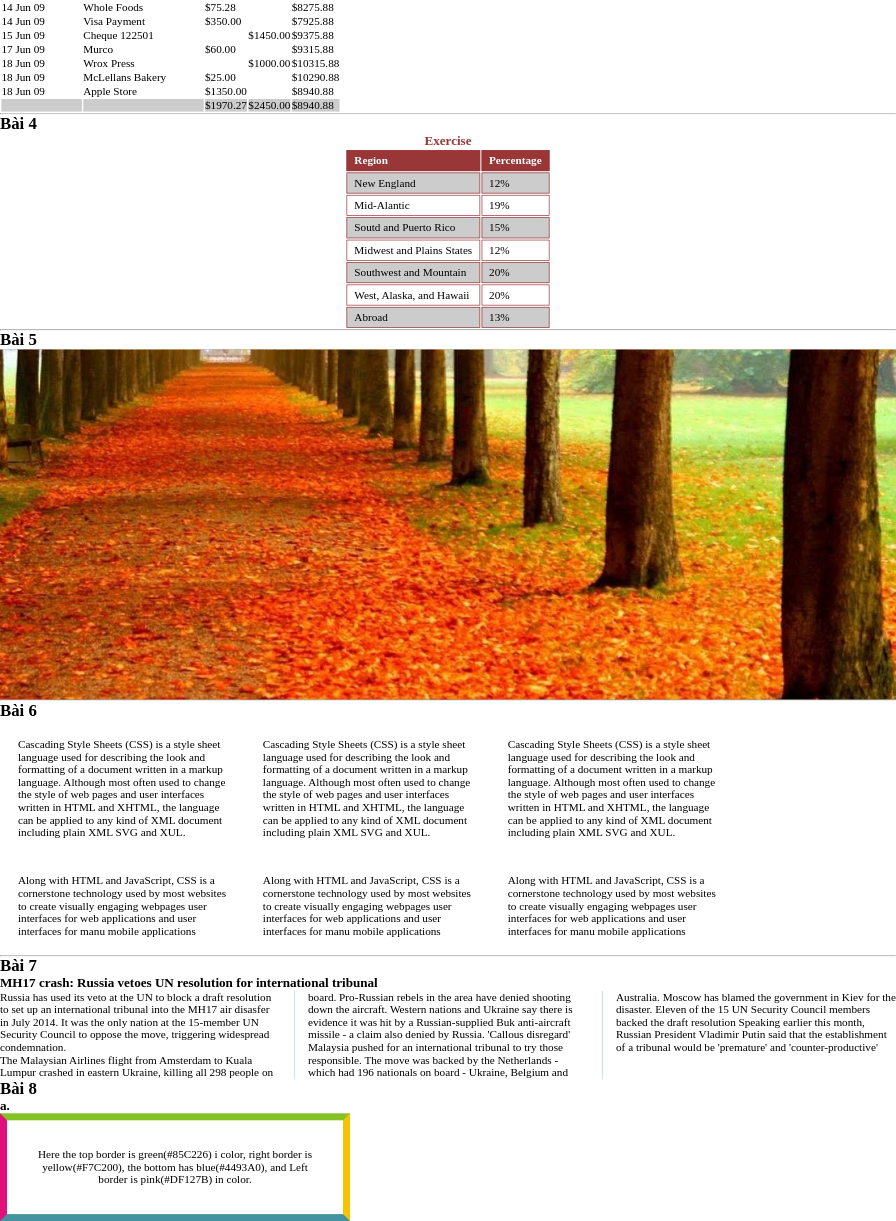
Repository: hoangnguyen1903/STT_21084321_NguyenHuyHoang_DHKHMT17B
Page: html/index.html
These files come from the project's save history. The page is drawn as it stood at one moment and after the next save; the edit follows.
The browser window is 1280 px wide. The pictures show the part of the page from y = 959 to 2879 px (the page is 2703 px tall before and 2879 px after), at 70% of full size.

Above is the page before, as saved 2023-03-03 14:40:25.

### html/index.html
<!DOCTYPE html>
<html lang="en">
  <head>
    <meta charset="UTF-8" />
    <meta http-equiv="X-UA-Compatible" content="IE=edge" />
    <meta name="viewport" content="width=device-width, initial-scale=1.0" />
    <title>CSS</title>

    <style>
      * {
        box-sizing: border-box;
        padding: 0;
        margin: 0;
      }
      #bai4 > table {
        font-family: "Trebuchet MS, Arial, Helvetica, sans-serif";
        margin: 0 auto;
      }

      #bai4 > h3 {
        color: #993738;
        text-align: center;
      }

      #bai4 > table > thead {
        color: #fff;
        background-color: #993738;
        text-align: left;
      }

      #bai4 > table > tbody > tr:nth-child(odd) {
        color: black;
        background-color: #ccc;
        text-align: left;
      }
      #bai4 > table > tbody > tr:nth-child(even) {
        color: black;
        text-align: left;
      }

      #bai4 > table > thead > tr > th,
      #bai4 > table > tbody > tr > td {
        border: 1px solid #993738;
        padding: 5px 10px;
      }

      #bai5 {
        width: 100%;
        height: 500px;
        background-image: url("../img/bg-1.jpg"), url("../img//bg-2.jpg");
        background-position: right bottom, left top;
        background-repeat: no-repeat, repeat;
      }

      #bai6,
      .row {
        width: 100%;
      }

      #bai6 > .row::before,
      #bai6 > .row::after {
        display: table;
        content: "";
      }

      #bai6 > .row::after {
        clear: both;
      }

      #bai6 > .row > .col1,
      #bai6 > .row > .col2,
      #bai6 > .row > .col3 {
        float: left;
        width: 25.3333%;
        margin: 1%;
        padding: 1%;
      }

      #bai7 > .newspaper {
        -webkit-column-count: 3;
        -moz-column-count: 3;
        column-count: 3;
        -webkit-column-gap: 40px;
        -moz-column-gap: 40px;
        column-gap: 40px;
        -webkit-column-rule-style: solid;
        -moz-column-rule-style: solid;
        column-rule-style: solid;
        -webkit-column-rule-width: 1px;
        -moz-column-rule-width: 1px;
        column-rule-width: 1px;
        -webkit-column-rule-color: lightblue;
        -moz-column-rule-color: lightblue;
        column-rule-color: lightblue;
      }

      #bai8 > .bai8a {
        width: 500px;
        padding: 40px;
        text-align: center;
        border-width: 10px;
        border-style: solid;
        border-color: #85c226 #f7c200 #4493a0 #df127b;
      }
    </style>
  </head>
  <body>
    <h2><b>Bài 2</b></h2>
    <div id="bai2">
      <p><i>a)</i></p>
      <div
        id="container"
        style="width: 500px; height: 300px; background-color: gray"
      >
        <h1>A simple div element.</h1>
      </div>
      <p style="text-indent: 1cm; color: red; text-align: justify">
        Thiết lập chế độ độ thụt đầu dòng cho 1 đoạn văn bản. Thuộc tính này có
        thể gán giá trị là tỉ lệ % hoặc một số cụ thể. Thiết lập chế độ độ thụt
        đầu dòng cho 1 đoạn văn bản. Thuộc tính này có thể gán giá trị là tỉ lệ
        % hoặc một số cụ thể.
      </p>
      <p style="text-align: right; color: blue">
        Thuộc tính text-align:right dùng để canh lề phải đoạn văn bản.
      </p>
      <p style="text-align: center; color: green">
        Thuộc tính text-align:center; dùng để canh giữa lề đoạn văn bản.
      </p>
      <p style="text-align: left; color: brown">
        Thuộc tính text-align:left; dùng để canh lề trái đoạn văn bản.
      </p>
      <p style="text-decoration: underline; color: pink">
        Thuộc tính text-decoration: underline; sẽ gạch dưới đoạn văn bản.
      </p>
      <p style="text-decoration: line-through; color: purple">
        Thuộc tính text-decoration: line-through; sẽ gạch ngang đoạn văn bản.
      </p>
      <p style="text-decoration: overline; color: red">
        Thuộc tính text-decoration: overline; sẽ gạch trên đoạn văn bản.
      </p>
      <p
        style="
          text-decoration: blink;
          text-align: justify;
          color: blue;
          text-shadow: 4px 4px 8px blue;
        "
      >
        Thuộc tính text-decoration: blink; sẽ tạo hiệu ứng blink cho đoạn văn
        bản + thuộc tính text-shadow: 4px 4px 8px blue; tạo bóng cho chữ.
      </p>
      <p><i>b)</i></p>
      <div>
        <span
          style="
            color: black;
            font-weight: bold;
            text-shadow: 1px -1px 2px rgba(238, 12, 106, 0.986);
          "
          >Colorful Style</span
        >
        <span
          style="
            color: #70085f;
            background: #f1c0db;
            padding: 5px 10px;
            font-weight: bold;
            text-shadow: #eb0bc5 1px 1px 0;
          "
          >Inset Effect</span
        >
        <span style="text-shadow: 0px -5px 0 #eb0bc5; font-weight: bold"
          >Double Font</span
        >
      </div>
      <div style="margin-top: 20px">
        <span
          style="
            color: rgb(175, 175, 48);
            text-shadow: 4px 2px 2px #fff;
            font-weight: bold;
          "
          >Glossy Style</span
        >
        <span
          style="
            color: red;
            background-color: black;
            padding: 5px 10px;
            font-weight: bold;
          "
          >Grunge Style</span
        >
        <span
          style="
            color: rgb(20, 122, 238);
            background-color: rgb(39, 5, 119);
            padding: 5px 10px;
            font-weight: bold;
          "
          >Neon Glow</span
        >
      </div>
      <div
        style="
          color: #fff;
          background-color: #70085f;
          text-align: center;
          padding: 5px 10px;
          margin-top: 20px;
          width: 300px;
        "
      >
        Cool CSS Text Effects
      </div>
    </div>
    <hr />
    <h2><b>Bài 3</b></h2>
    <table>
      <colgroup>
        <col span="6" style="background-color: blue" />
        <col span="6" style="background-color: blue" />
        <col span="2" style="background-color: green" />
        <col span="2" style="background-color: pink" />
        <col span="3" style="background-color: pink" />
      </colgroup>
      <tr style="background-color: #ccc">
        <th colspan="6">Transaction date</th>
        <th colspan="6">Payment type and details</th>
        <th colspan="2">Paid out</th>
        <th colspan="2">Paid in</th>
        <th colspan="3">Balance</th>
      </tr>

      <tr>
        <td colspan="6">12 Jun 09</td>
        <td colspan="6">Amazon.com</td>
        <td colspan="2">$49.99</td>
        <td colspan="2"></td>
        <td colspan="3">$8411.16</td>
      </tr>
      <tr>
        <td colspan="6">13 Jun 09</td>
        <td colspan="6">Total</td>
        <td colspan="2">$60.00</td>
        <td colspan="2"></td>
        <td colspan="3">$8351.16</td>
      </tr>
      <tr>
        <td colspan="6">14 Jun 09</td>
        <td colspan="6">Whole Foods</td>
        <td colspan="2">$75.28</td>
        <td colspan="2"></td>
        <td colspan="3">$8275.88</td>
      </tr>
      <tr>
        <td colspan="6">14 Jun 09</td>
        <td colspan="6">Visa Payment</td>
        <td colspan="2">$350.00</td>
        <td colspan="2"></td>
        <td colspan="3">$7925.88</td>
      </tr>
      <tr>
        <td colspan="6">15 Jun 09</td>
        <td colspan="6">Cheque 122501</td>
        <td colspan="2"></td>
        <td colspan="2">$1450.00</td>
        <td colspan="3">$9375.88</td>
      </tr>
      <tr>
        <td colspan="6">17 Jun 09</td>
        <td colspan="6">Murco</td>
        <td colspan="2">$60.00</td>
        <td colspan="2"></td>
        <td colspan="3">$9315.88</td>
      </tr>
      <tr>
        <td colspan="6">18 Jun 09</td>
        <td colspan="6">Wrox Press</td>
        <td colspan="2"></td>
        <td colspan="2">$1000.00</td>
        <td colspan="3">$10315.88</td>
      </tr>
      <tr>
        <td colspan="6">18 Jun 09</td>
        <td colspan="6">McLellans Bakery</td>
        <td colspan="2">$25.00</td>
        <td colspan="2"></td>
        <td colspan="3">$10290.88</td>
      </tr>
      <tr>
        <td colspan="6">18 Jun 09</td>
        <td colspan="6">Apple Store</td>
        <td colspan="2">$1350.00</td>
        <td colspan="2"></td>
        <td colspan="3">$8940.88</td>
      </tr>

      <tr style="background-color: #ccc">
        <td colspan="6"></td>
        <td colspan="6"></td>
        <td colspan="2">$1970.27</td>
        <td colspan="2">$2450.00</td>
        <td colspan="3">$8940.88</td>
      </tr>
    </table>
    <br />
    <table>
      <tr style="background-color: #ccc">
        <th colspan="6">Transaction date</th>
        <th colspan="6">Payment type and details</th>
        <th colspan="2">Paid out</th>
        <th colspan="2">Paid in</th>
        <th colspan="3">Balance</th>
      </tr>

      <tr>
        <td colspan="6">12 Jun 09</td>
        <td colspan="6">Amazon.com</td>
        <td colspan="2">$49.99</td>
        <td colspan="2"></td>
        <td colspan="3">$8411.16</td>
      </tr>
      <tr>
        <td colspan="6">13 Jun 09</td>
        <td colspan="6">Total</td>
        <td colspan="2">$60.00</td>
        <td colspan="2"></td>
        <td colspan="3">$8351.16</td>
      </tr>
      <tr>
        <td colspan="6">14 Jun 09</td>
        <td colspan="6">Whole Foods</td>
        <td colspan="2">$75.28</td>
        <td colspan="2"></td>
        <td colspan="3">$8275.88</td>
      </tr>
      <tr>
        <td colspan="6">14 Jun 09</td>
        <td colspan="6">Visa Payment</td>
        <td colspan="2">$350.00</td>
        <td colspan="2"></td>
        <td colspan="3">$7925.88</td>
      </tr>
      <tr>
        <td colspan="6">15 Jun 09</td>
        <td colspan="6">Cheque 122501</td>
        <td colspan="2"></td>
        <td colspan="2">$1450.00</td>
        <td colspan="3">$9375.88</td>
      </tr>
      <tr>
        <td colspan="6">17 Jun 09</td>
        <td colspan="6">Murco</td>
        <td colspan="2">$60.00</td>
        <td colspan="2"></td>
        <td colspan="3">$9315.88</td>
      </tr>
      <tr>
        <td colspan="6">18 Jun 09</td>
        <td colspan="6">Wrox Press</td>
        <td colspan="2"></td>
        <td colspan="2">$1000.00</td>
        <td colspan="3">$10315.88</td>
      </tr>
      <tr>
        <td colspan="6">18 Jun 09</td>
        <td colspan="6">McLellans Bakery</td>
        <td colspan="2">$25.00</td>
        <td colspan="2"></td>
        <td colspan="3">$10290.88</td>
      </tr>
      <tr>
        <td colspan="6">18 Jun 09</td>
        <td colspan="6">Apple Store</td>
        <td colspan="2">$1350.00</td>
        <td colspan="2"></td>
        <td colspan="3">$8940.88</td>
      </tr>

      <tr style="background-color: #ccc">
        <td colspan="6"></td>
        <td colspan="6"></td>
        <td colspan="2">$1970.27</td>
        <td colspan="2">$2450.00</td>
        <td colspan="3">$8940.88</td>
      </tr>
    </table>
    <hr />
    <h2><b>Bài 4</b></h2>
    <div id="bai4">
      <h3>Exercise</h3>
      <table>
        <thead>
          <tr>
            <th span="12">Region</th>
            <th span="8">Percentage</th>
          </tr>
        </thead>
        <tbody>
          <tr>
            <td span="12">New England</td>
            <td span="8">12%</td>
          </tr>
          <tr>
            <td span="12">Mid-Alantic</td>
            <td span="8">19%</td>
          </tr>
          <tr>
            <td span="12">Soutd and Puerto Rico</td>
            <td span="8">15%</td>
          </tr>
          <tr>
            <td span="12">Midwest and Plains States</td>
            <td span="8">12%</td>
          </tr>
          <tr>
            <td span="12">Southwest and Mountain</td>
            <td span="8">20%</td>
          </tr>
          <tr>
            <td span="12">West, Alaska, and Hawaii</td>
            <td span="8">20%</td>
          </tr>
          <tr>
            <td span="12">Abroad</td>
            <td span="8">13%</td>
          </tr>
        </tbody>
      </table>
    </div>
    <hr />
    <h2><b>Bài 5</b></h2>
    <div id="bai5"></div>
    <hr />
    <h2><b>Bài 6</b></h2>
    <div id="bai6">
      <div class="row">
        <div class="col1">
          <p>
            Cascading Style Sheets (CSS) is a style sheet language used for
            describing the look and formatting of a document written in a markup
            language. Although most often used to change the style of web pages
            and user interfaces written in HTML and XHTML, the language can be
            applied to any kind of XML document including plain XML SVG and XUL.
          </p>
        </div>
        <div class="col2">
          <p>
            Cascading Style Sheets (CSS) is a style sheet language used for
            describing the look and formatting of a document written in a markup
            language. Although most often used to change the style of web pages
            and user interfaces written in HTML and XHTML, the language can be
            applied to any kind of XML document including plain XML SVG and XUL.
          </p>
        </div>
        <div class="col3">
          <p>
            Cascading Style Sheets (CSS) is a style sheet language used for
            describing the look and formatting of a document written in a markup
            language. Although most often used to change the style of web pages
            and user interfaces written in HTML and XHTML, the language can be
            applied to any kind of XML document including plain XML SVG and XUL.
          </p>
        </div>
      </div>
      <div class="row">
        <div class="col1">
          <p>
            Along with HTML and JavaScript, CSS is a cornerstone technology used
            by most websites to create visually engaging webpages user
            interfaces for web applications and user interfaces for manu mobile
            applications
          </p>
        </div>
        <div class="col2">
          <p>
            Along with HTML and JavaScript, CSS is a cornerstone technology used
            by most websites to create visually engaging webpages user
            interfaces for web applications and user interfaces for manu mobile
            applications
          </p>
        </div>
        <div class="col3">
          <p>
            Along with HTML and JavaScript, CSS is a cornerstone technology used
            by most websites to create visually engaging webpages user
            interfaces for web applications and user interfaces for manu mobile
            applications
          </p>
        </div>
      </div>
    </div>
    <hr />
    <h2><b>Bài 7</b></h2>
    <div id="bai7">
      <h3>
        <b
          >MH17 crash: Russia vetoes UN resolution for international tribunal</b
        >
      </h3>
      <div class="newspaper">
        <p>
          Russia has used its veto at the UN to block a draft resolution to set
          up an international tribunal into the MH17 air disasfer in July 2014.
          It was the only nation at the 15-member UN Security Council to oppose
          the move, triggering widespread condemnation.
        </p>
        <p>
          The Malaysian Airlines flight from Amsterdam to Kuala Lumpur crashed
          in eastern Ukraine, killing all 298 people on board. Pro-Russian
          rebels in the area have denied shooting down the aircraft. Western
          nations and Ukraine say there is evidence it was hit by a
          Russian-supplied Buk anti-aircraft missile - a claim also denied by
          Russia. 'Callous disregard'
        </p>
        <p>
          Malaysia pushed for an international tribunal to try those
          responsible. The move was backed by the Netherlands - which had 196
          nationals on board - Ukraine, Belgium and Australia. Moscow has blamed
          the government in Kiev for the disaster. Eleven of the 15 UN Security
          Council members backed the draft resolution Speaking earlier this
          month, Russian President Vladimir Putin said that the establishment of
          a tribunal would be 'premature' and 'counter-productive'
        </p>
      </div>
    </div>
    <h2><b>Bài 8</b></h2>
    <div id="bai8">
      <h3><b>a.</b></h3>
      <div class="bai8a">
        Here the top border is green(#85C226) i color, right border is
        yellow(#F7C200), the bottom has blue(#4493A0), and Left border is
        pink(#DF127B) in color.
      </div>
    </div>
  </body>
</html>

After the next save:
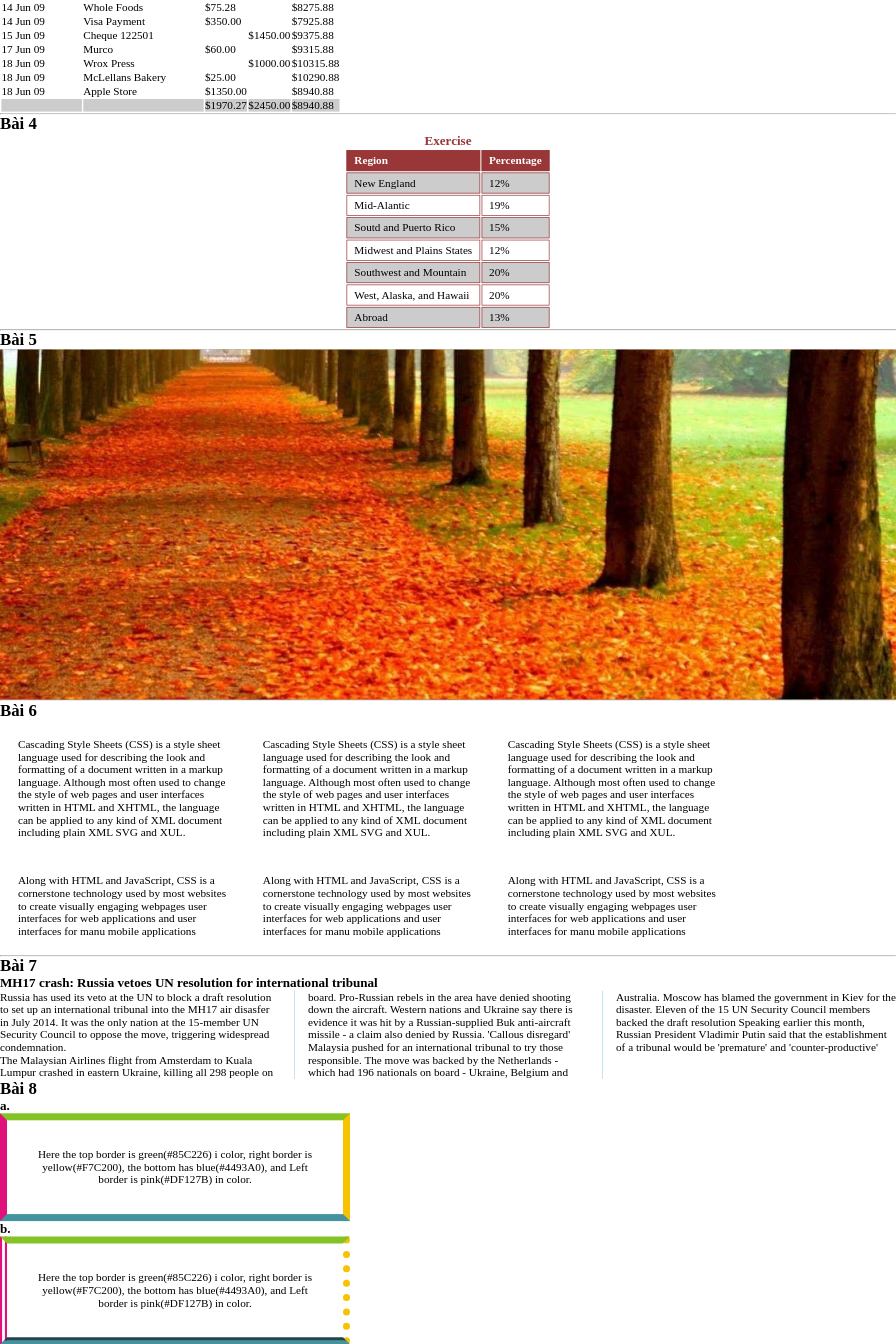
Saved 91 s later.
--- a/html/index.html
+++ b/html/index.html
@@ -100,6 +100,15 @@
         text-align: center;
         border-width: 10px;
         border-style: solid;
+        border-color: #85c226 #f7c200 #4493a0 #df127b;
+      }
+
+      #bai8 > .bai8b {
+        width: 500px;
+        padding: 40px;
+        text-align: center;
+        border-width: 10px;
+        border-style: solid dotted groove double;
         border-color: #85c226 #f7c200 #4493a0 #df127b;
       }
     </style>
@@ -533,6 +542,12 @@
         yellow(#F7C200), the bottom has blue(#4493A0), and Left border is
         pink(#DF127B) in color.
       </div>
+      <h3><b>b.</b></h3>
+      <div class="bai8b">
+        Here the top border is green(#85C226) i color, right border is
+        yellow(#F7C200), the bottom has blue(#4493A0), and Left border is
+        pink(#DF127B) in color.
+      </div>
     </div>
   </body>
 </html>
